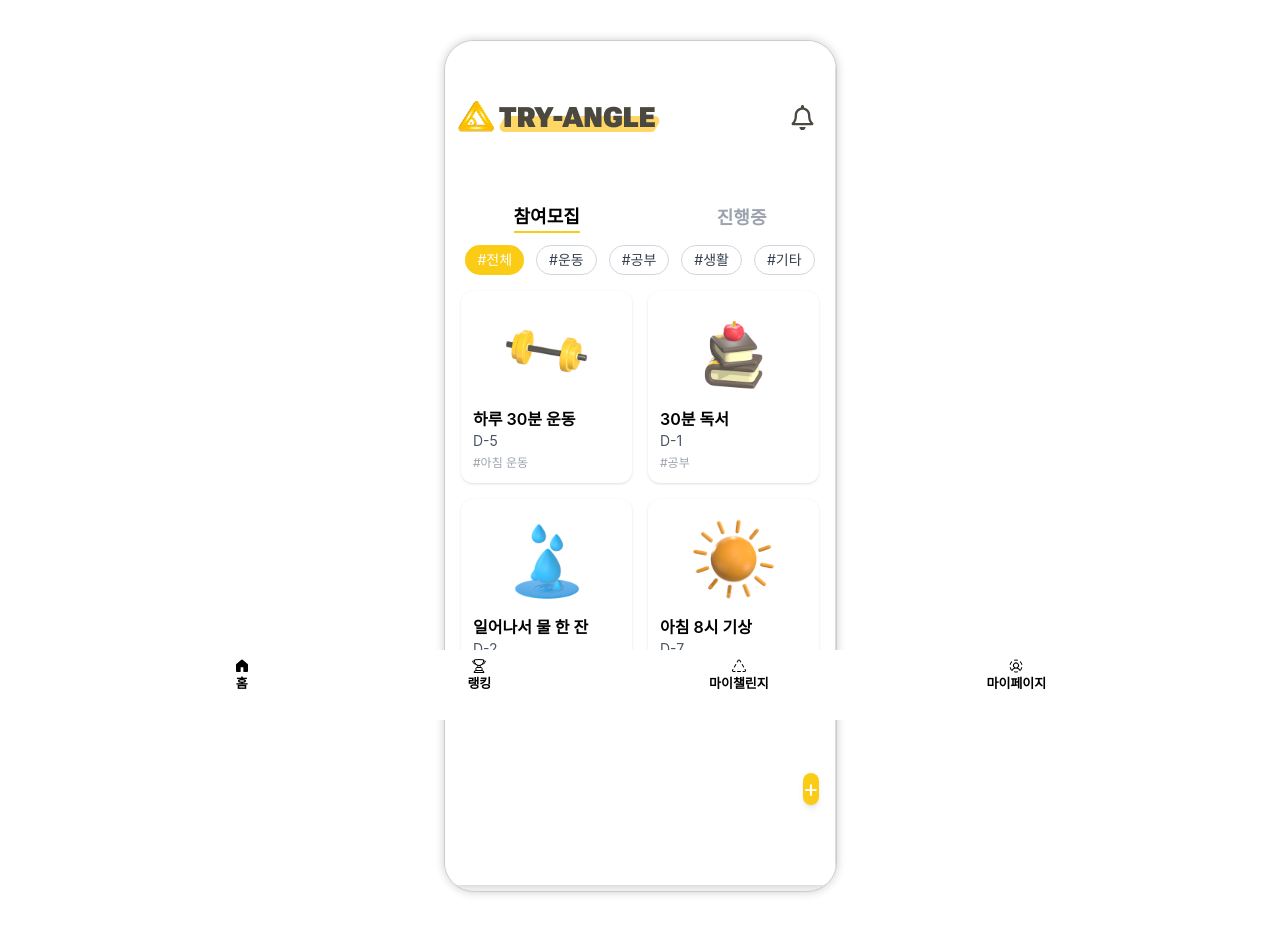
Repository: gusdk19/TryAngle-FE
Page: /
The author's editor kept a copy of each file at every save. The page is drawn from the files as they stood at one save, then again after the next save.
The browser window is 1280 px wide. The pictures show the whole page.
The project was rebuilt for these pictures with package versions that can differ from the ones it lists, and the page was loaded fresh each time. Also part of the build but not shown: src/App.css.

Above is the page before, as saved 2025-04-30 15:03:01.

After the next save:
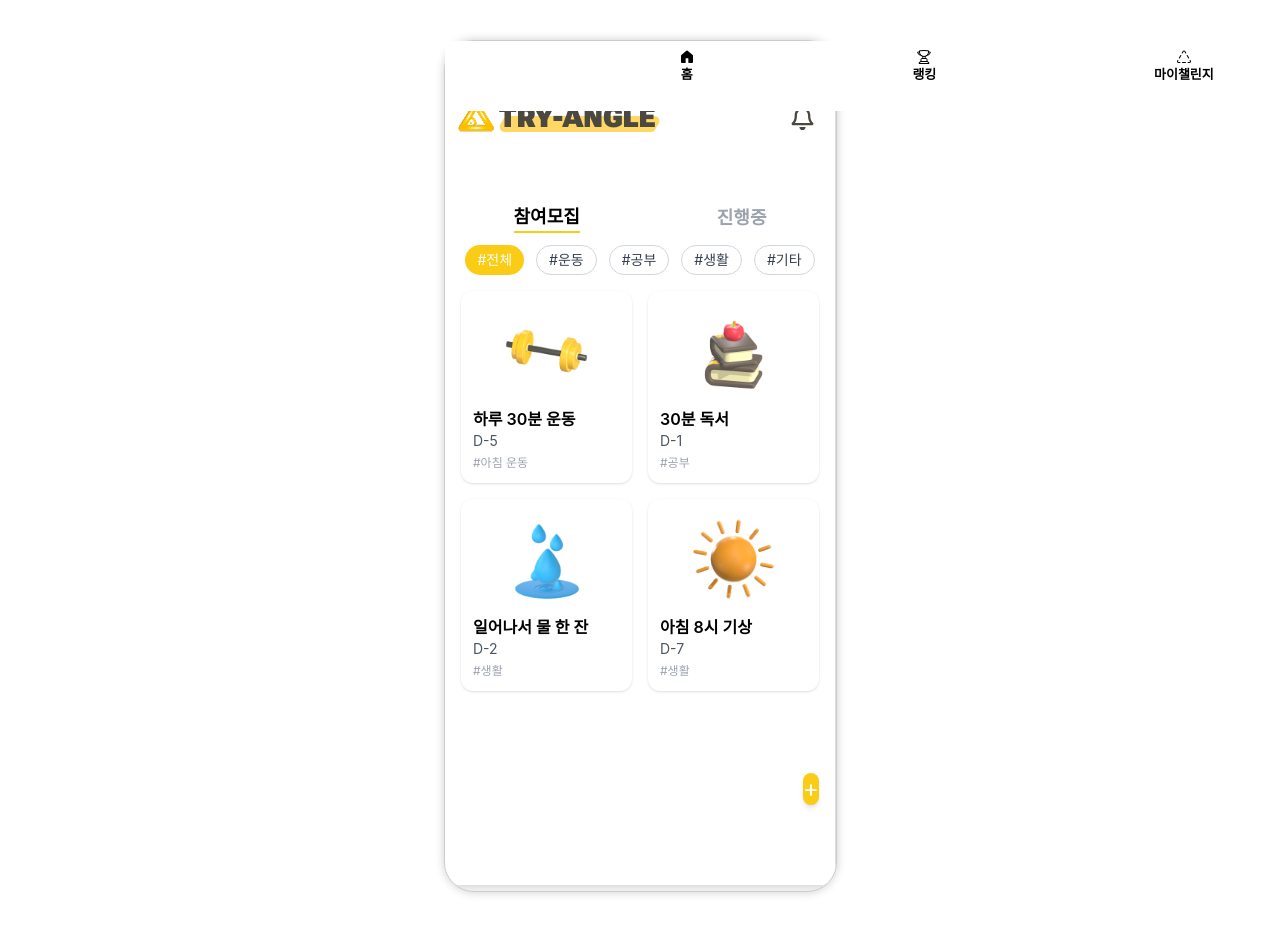
Saved 29 min 34 s later.
--- a/src/components/Footer.js
+++ b/src/components/Footer.js
@@ -32,7 +32,7 @@ export default function Footer({ page }) {
   ];
 
   return (
-    <footer className="fixed bottom-0 left-0 w-full h-[70px] bg-white px-4 pt-2 z-10">
+    <footer className="fixed w-full h-[70px] bg-white px-4 pt-2 z-10">
       <div className="flex justify-evenly items-start">
         {navigationItems.map((item, index) => (
           <div
